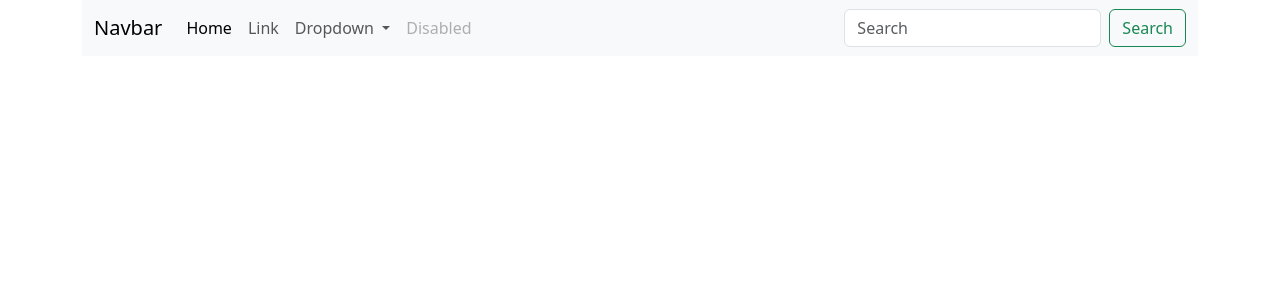
Repository: sadiaafsana138/justice
Page: index.html
An editor plug-in stored every save of this project. The page is shown before and after the next save, followed by the edit.
The browser window is 1280 px wide. The pictures show the whole page.
Some web libraries are served in a nearby version.

Above is the page before, as saved 2023-01-25 15:31:52.

### index.html
<!DOCTYPE html>
<html lang="en">
<head>
    <meta charset="UTF-8">
    <meta http-equiv="X-UA-Compatible" content="IE=edge">
    <meta name="viewport" content="width=device-width, initial-scale=1.0">
    <title>
        Justice
    </title>
    <link href="https://cdn.jsdelivr.net/npm/bootstrap@5.3.0-alpha1/dist/css/bootstrap.min.css" rel="stylesheet" integrity="sha384-GLhlTQ8iRABdZLl6O3oVMWSktQOp6b7In1Zl3/Jr59b6EGGoI1aFkw7cmDA6j6gD" crossorigin="anonymous">
</head>
<body>

    <header class="container-lg">
        <nav class="navbar navbar-expand-lg bg-body-tertiary">
            <div class="container-fluid">
              <a class="navbar-brand" href="#">Navbar</a>
              <button class="navbar-toggler" type="button" data-bs-toggle="collapse" data-bs-target="#navbarSupportedContent" aria-controls="navbarSupportedContent" aria-expanded="false" aria-label="Toggle navigation">
                <span class="navbar-toggler-icon"></span>
              </button>
              <div class="collapse navbar-collapse" id="navbarSupportedContent">
                <ul class="navbar-nav me-auto mb-2 mb-lg-0">
                  <li class="nav-item">
                    <a class="nav-link active" aria-current="page" href="#">Home</a>
                  </li>
                  <li class="nav-item">
                    <a class="nav-link" href="#">Link</a>
                  </li>
                  <li class="nav-item dropdown">
                    <a class="nav-link dropdown-toggle" href="#" role="button" data-bs-toggle="dropdown" aria-expanded="false">
                      Dropdown
                    </a>
                    <ul class="dropdown-menu">
                      <li><a class="dropdown-item" href="#">Action</a></li>
                      <li><a class="dropdown-item" href="#">Another action</a></li>
                      <li><hr class="dropdown-divider"></li>
                      <li><a class="dropdown-item" href="#">Something else here</a></li>
                    </ul>
                  </li>
                  <li class="nav-item">
                    <a class="nav-link disabled">Disabled</a>
                  </li>
                </ul>
                <form class="d-flex" role="search">
                  <input class="form-control me-2" type="search" placeholder="Search" aria-label="Search">
                  <button class="btn btn-outline-success" type="submit">Search</button>
                </form>
              </div>
            </div>
          </nav>
    </header>
    <main>

    </main>
    <footer>

    </footer>

    <script src="https://cdn.jsdelivr.net/npm/bootstrap@5.3.0-alpha1/dist/js/bootstrap.bundle.min.js" integrity="sha384-w76AqPfDkMBDXo30jS1Sgez6pr3x5MlQ1ZAGC+nuZB+EYdgRZgiwxhTBTkF7CXvN" crossorigin="anonymous"></script>

</body>
</html>

After the next save:
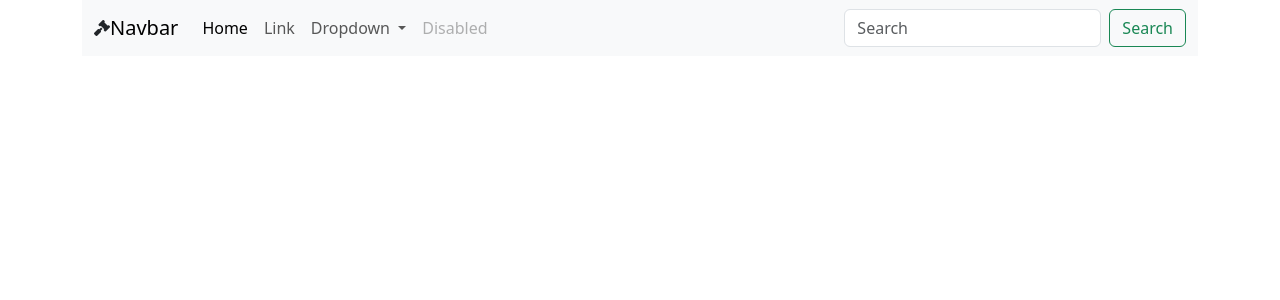
Saved 20 min 20 s later.
--- a/index.html
+++ b/index.html
@@ -8,12 +8,14 @@
         Justice
     </title>
     <link href="https://cdn.jsdelivr.net/npm/bootstrap@5.3.0-alpha1/dist/css/bootstrap.min.css" rel="stylesheet" integrity="sha384-GLhlTQ8iRABdZLl6O3oVMWSktQOp6b7In1Zl3/Jr59b6EGGoI1aFkw7cmDA6j6gD" crossorigin="anonymous">
+    <script src="https://kit.fontawesome.com/9557e238b6.js" crossorigin="anonymous"></script>
 </head>
 <body>
 
     <header class="container-lg">
         <nav class="navbar navbar-expand-lg bg-body-tertiary">
             <div class="container-fluid">
+            <i class="fa-solid fa-gavel"></i>
               <a class="navbar-brand" href="#">Navbar</a>
               <button class="navbar-toggler" type="button" data-bs-toggle="collapse" data-bs-target="#navbarSupportedContent" aria-controls="navbarSupportedContent" aria-expanded="false" aria-label="Toggle navigation">
                 <span class="navbar-toggler-icon"></span>
